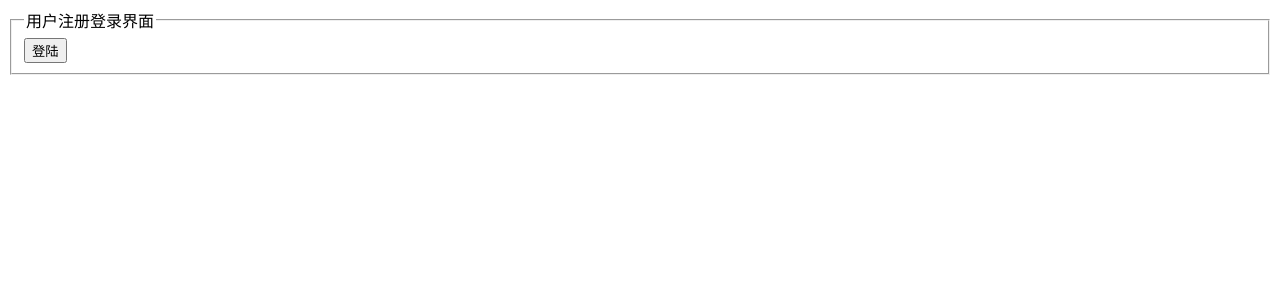
Repository: 420112677/SpringMVC
Page: http://localhost/SpringMVCTeset/login.jsp
These files come from the project's save history. The page is drawn as it stood at one moment and after the next save; the edit follows.
The browser window is 1280 px wide. The pictures show the whole page.
The page is served by Tomcat 9. Other server files are loaded and not shown.

Above is the page before, as saved 2019-02-14 13:33:18.

### SpringMVCTeset/src/main/webapp/login.jsp
<%@ page language="java" contentType="text/html; charset=utf-8"
    pageEncoding="utf-8"%>
<!DOCTYPE html PUBLIC "-//W3C//DTD HTML 4.01 Transitional//EN" "http://www.w3.org/TR/html4/loose.dtd">
<html>
<head>
<meta http-equiv="Content-Type" content="text/html; charset=utf-8">
<title>Insert title here</title>
</head>
<body>
	<fieldset>
		<legend>用户注册登录界面</legend>
		<form action="/login" method="post">
			<button>登陆</button>
		</form>
	</fieldset>
</body>
</html>

After the next save:
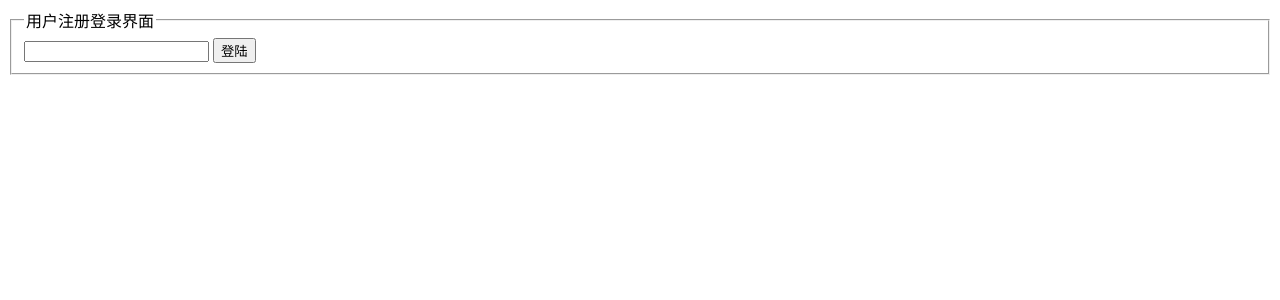
Saved 27 s later.
--- a/SpringMVCTeset/src/main/webapp/login.jsp
+++ b/SpringMVCTeset/src/main/webapp/login.jsp
@@ -10,6 +10,7 @@
 	<fieldset>
 		<legend>用户注册登录界面</legend>
 		<form action="/login" method="post">
+			<input name="id" type="text">
 			<button>登陆</button>
 		</form>
 	</fieldset>
